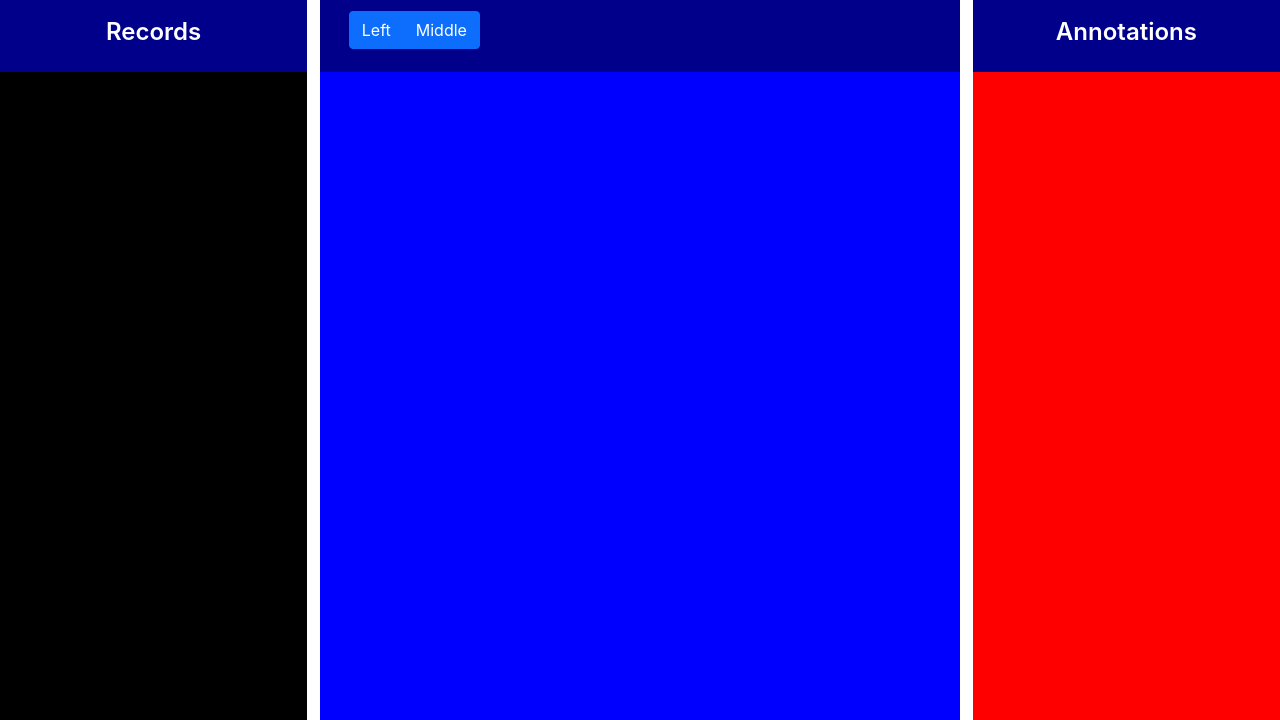
Repository: napan24/classforma_assignment
Page: / (app in client/)
These files come from the project's save history. The page is drawn as it stood at one moment and after the next save; the edit follows.
The browser window is 1280 px wide. The pictures show the whole page.
The project was rebuilt for these pictures with package versions that can differ from the ones it lists, and the page was loaded fresh each time. Also part of the build but not shown: client/src/App.css.

Above is the page before, as saved 2022-07-19 17:02:03.

After the next save:
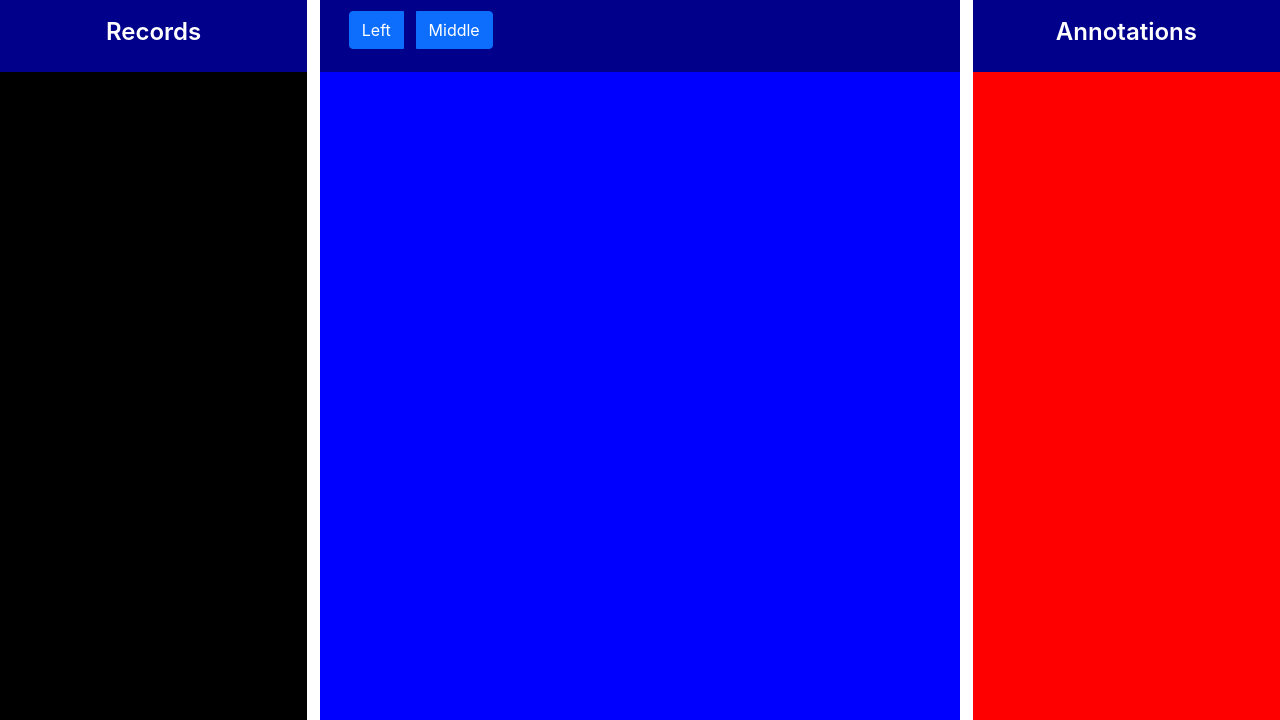
Saved 39 s later.
--- a/client/src/Home.js
+++ b/client/src/Home.js
@@ -17,7 +17,7 @@ const Home = () => {
                 <div style={{ width: "50vw", height: "100vh", backgroundColor: "blue", marginRight: "1vw" }}>
                     <div style={{ width: "50vw", height: "10vh", backgroundColor: "#00008b" }}>
                         <div class="btn-group" role="group" aria-label="Basic example" style={{marginTop:"1.5vh",marginLeft:"4vh"}}>
-                            <button type="button" class="btn btn-primary">Left</button>
+                            <button type="button" class="btn btn-primary" style={{marginRight:"1vw"}}>Left</button>
                             <button type="button" class="btn btn-primary">Middle</button>
                         </div>
                     </div>
